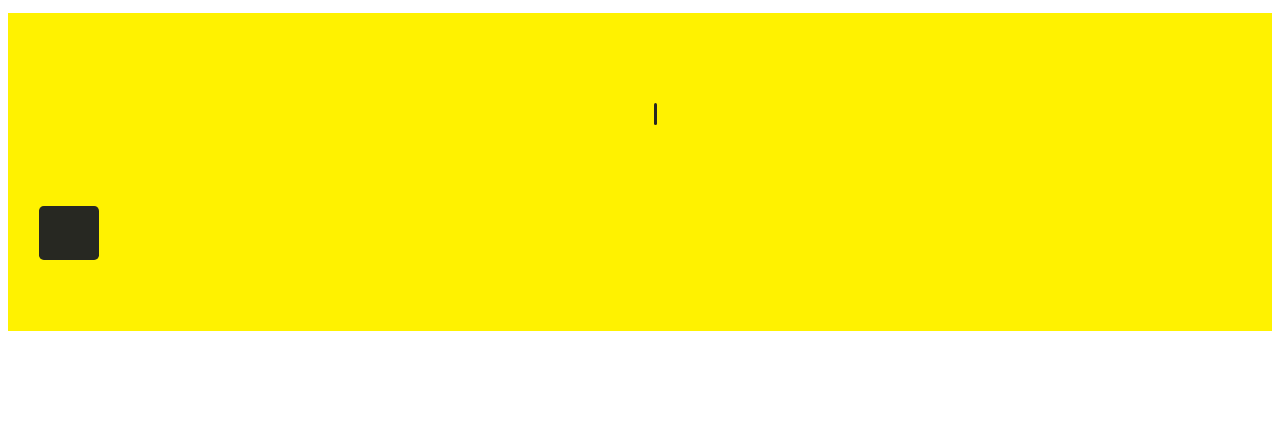
Repository: Dongnguyen318/Quydong
Page: Day 22.1/ex03.html
The author's editor kept a copy of each file at every save. The page is drawn from the files as they stood at one save, then again after the next save.
The browser window is 1280 px wide. The pictures show the whole page.

Above is the page before, as saved 2023-09-05 23:21:01.

### Day 22.1/ex03.html
<!DOCTYPE html>
<html lang="en">
  <head>
    <meta charset="UTF-8" />
    <meta name="viewport" content="width=device-width, initial-scale=1.0" />
    <title>Document</title>
    <link
      rel="stylesheet"
      href="https://cdn.jsdelivr.net/npm/prismjs@1.29.0/themes/prism-okaidia.min.css"
    />
    <script src="./js/3.js"></script>
  </head>
  <body>
    <pre style="background-color: rgb(255, 242, 0)">
        <code >
            <h2></h2>
<p style="text-align: center;">
    <code class="language-js">
    </code>
    <h2 style="padding: 15px;" ></h2>
    <code class="language-js" style="padding: 15px 30px 20px;">
    </code>


</p>
        </code>
    </pre>
    <br />
    <br />
    <pre>
        <code class="language-js">


        </code>
    </pre>
    <script src="https://cdn.jsdelivr.net/npm/prismjs@1.29.0/components/prism-core.min.js"></script>
    <script src="https://cdn.jsdelivr.net/npm/prismjs@1.29.0/plugins/autoloader/prism-autoloader.min.js"></script>
  </body>
</html>

### Day 22.1/js/3.js
var arr = ["a", "c", "k", "S"];
Array.prototype.push2 = function (...value) {
  var result = this;
  console.log(result);
  for (var i = 0; i < value.length; i++) {
    result[result.length] = value[i];
  }

  return result;
};
console.log(arr.push2("@"));

After the next save:
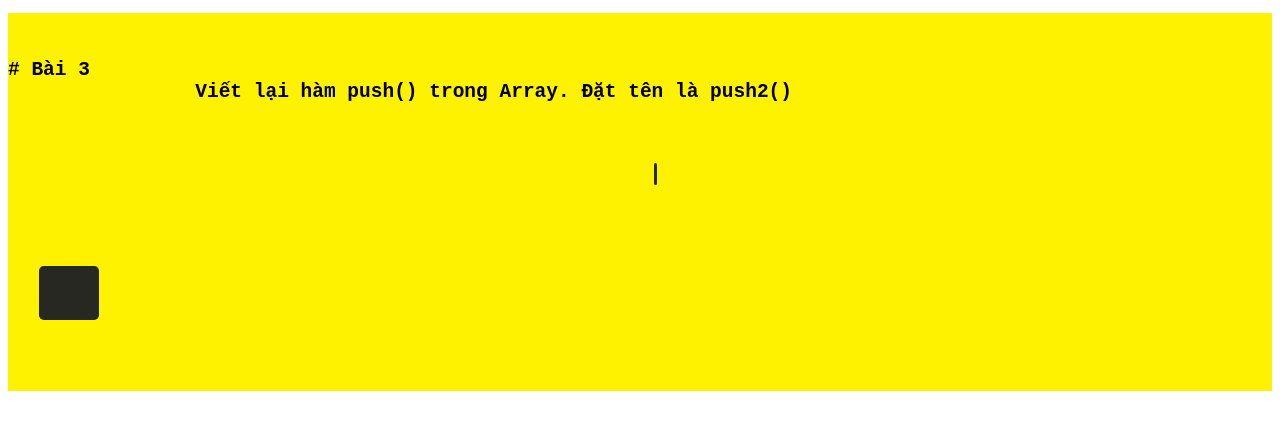
Saved 34 s later.
--- a/Day 22.1/ex03.html
+++ b/Day 22.1/ex03.html
@@ -13,7 +13,8 @@
   <body>
     <pre style="background-color: rgb(255, 242, 0)">
         <code >
-            <h2></h2>
+            <h2># Bài 3
+                Viết lại hàm push() trong Array. Đặt tên là push2()</h2>
 <p style="text-align: center;">
     <code class="language-js">
     </code>
